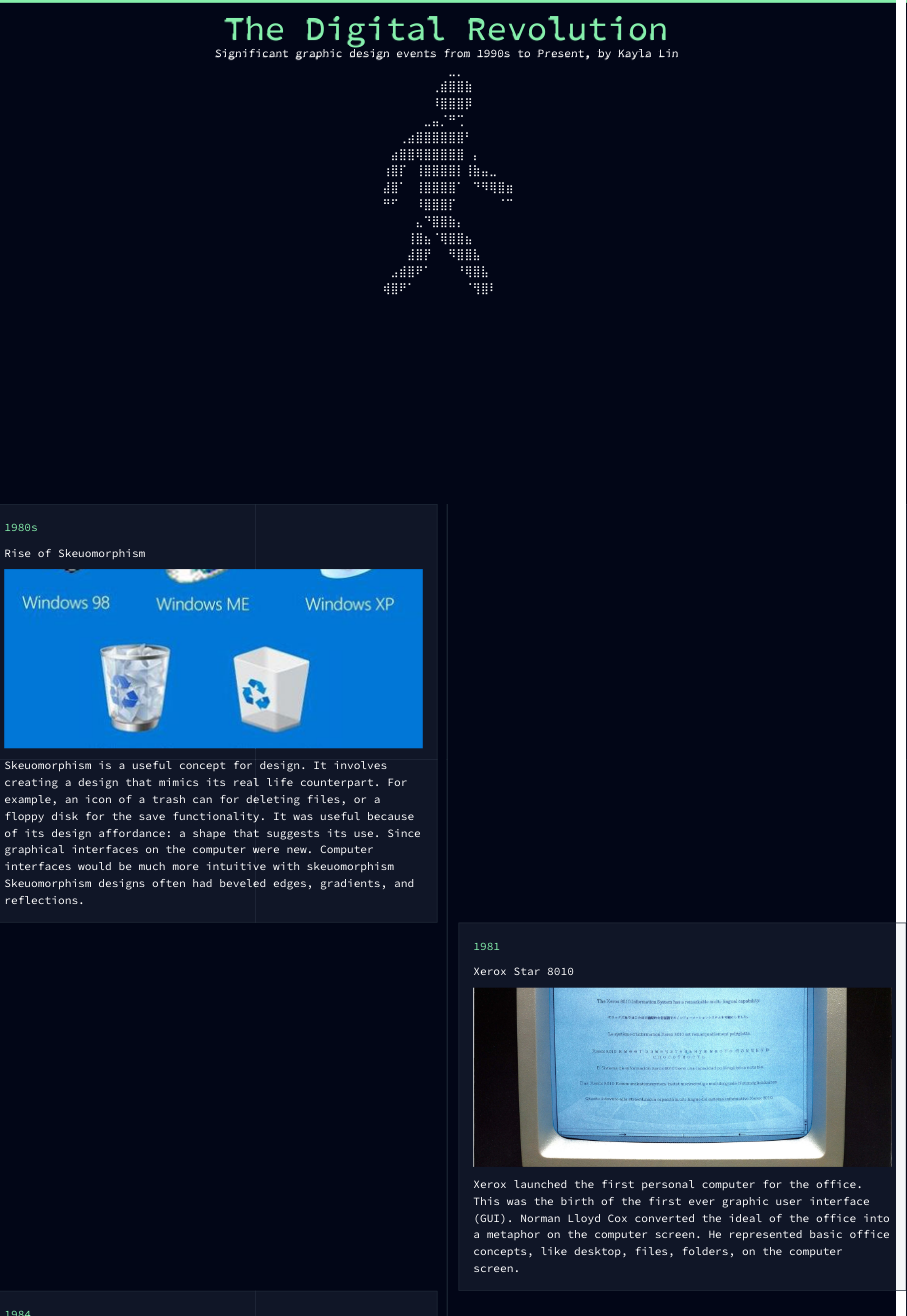
Repository: kayla-lin/graphic-design-timeline
Page: /
The author's editor kept a copy of each file at every save. The page is drawn from the files as they stood at one save, then again after the next save.
The browser window is 1280 px wide. The page is 1295 px wide, so the pictures cover 1295 px, including what lies to the right of the window. The pictures show the part of the page from y = 0 to 1880 px (the page is 13822 px tall), at 70% of full size.
The project was rebuilt for these pictures with package versions that can differ from the ones it lists, and the page was loaded fresh each time. The framework's server and built-in components were replaced by stand-ins that run in the browser. Also part of the build but not shown: next.config.js.

Above is the page before, as saved 2023-05-01 22:30:04.

After the next save:
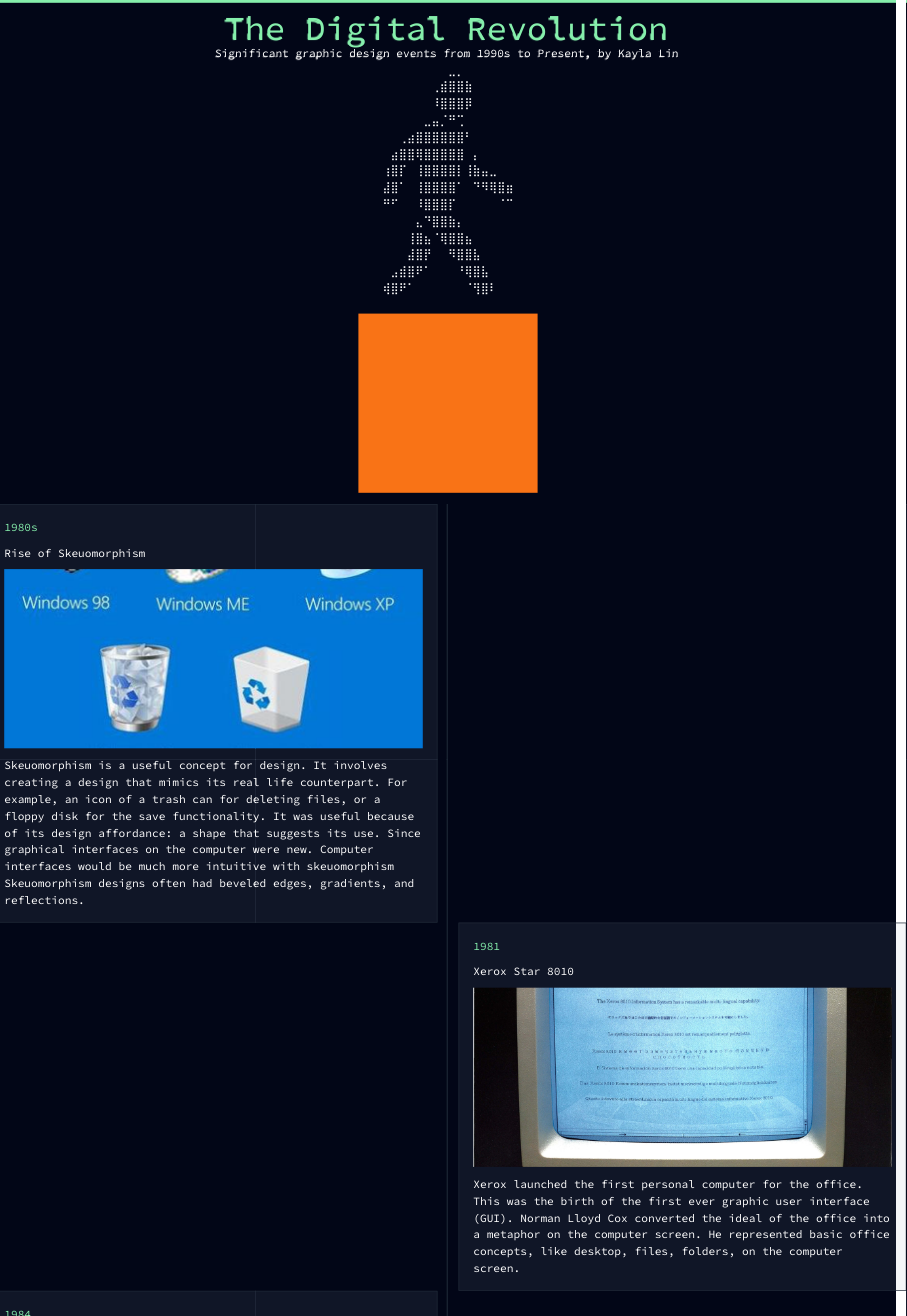
Saved 5 s later.
--- a/pages/components/Introduction/index.tsx
+++ b/pages/components/Introduction/index.tsx
@@ -43,7 +43,7 @@
       </div>
 
       <span dangerouslySetInnerHTML={wrappedASCII}></span>
-      <div id="fscroller" className="w-64 h-64" />
+      <div id="fscroller" className="w-64 h-64 bg-orange-500" />
     </section>
   );
 };
